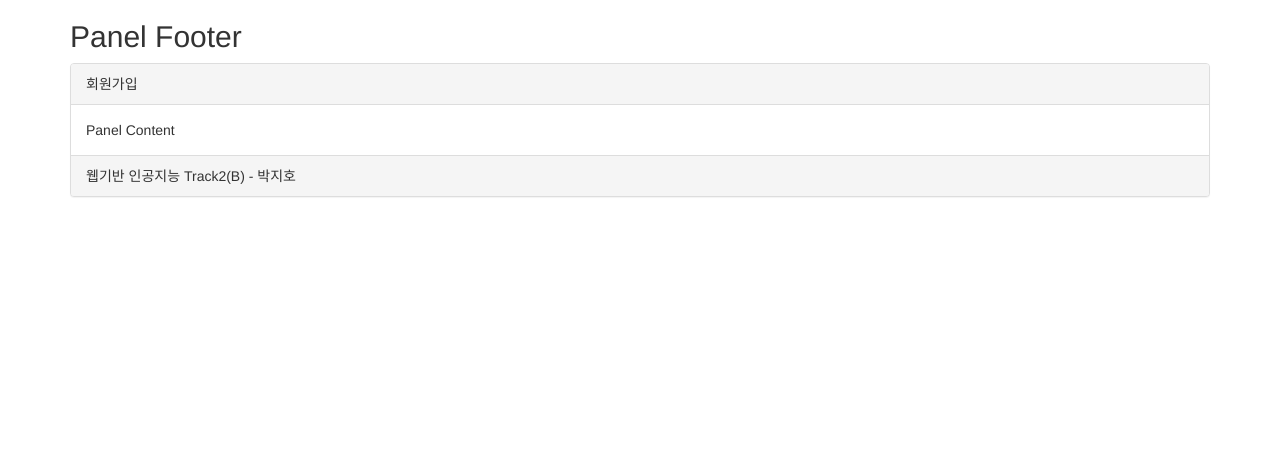
Repository: Jipumpkin/WebServer
Page: http://localhost/FrontCommandPattern/main.jsp
An editor plug-in stored every save of this project. The page is shown before and after the next save, followed by the edit.
The browser window is 1280 px wide. The pictures show the whole page.
The page is served by Tomcat 9.

Above is the page before, as saved 2024-08-20 01:08:43.

After the next save:
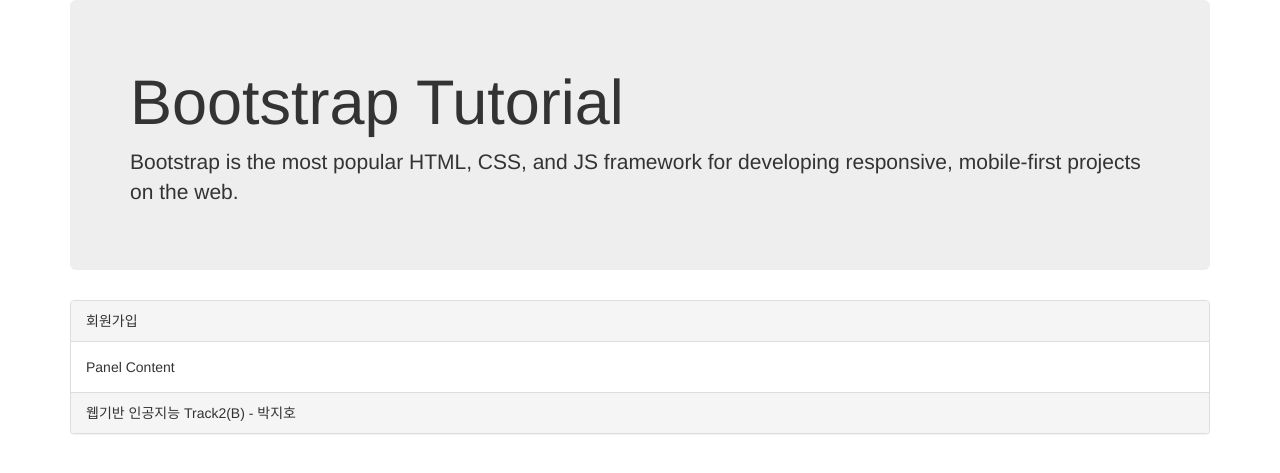
Saved 2 min 18 s later.
--- a/FrontCommandPattern/src/main/webapp/main.jsp
+++ b/FrontCommandPattern/src/main/webapp/main.jsp
@@ -11,7 +11,11 @@
 </head>
 <body>
 	<div class="container">
-	  <h2>Panel Footer</h2>
+	    <div class="jumbotron">
+		    <h1>Bootstrap Tutorial</h1>
+		    <p>Bootstrap is the most popular HTML, CSS, and JS framework for developing
+		    responsive, mobile-first projects on the web.</p>
+	  	</div>
 	  <div class="panel panel-default">
 	    <div class="panel-heading">회원가입</div>
 	    <div class="panel-body">Panel Content</div>
